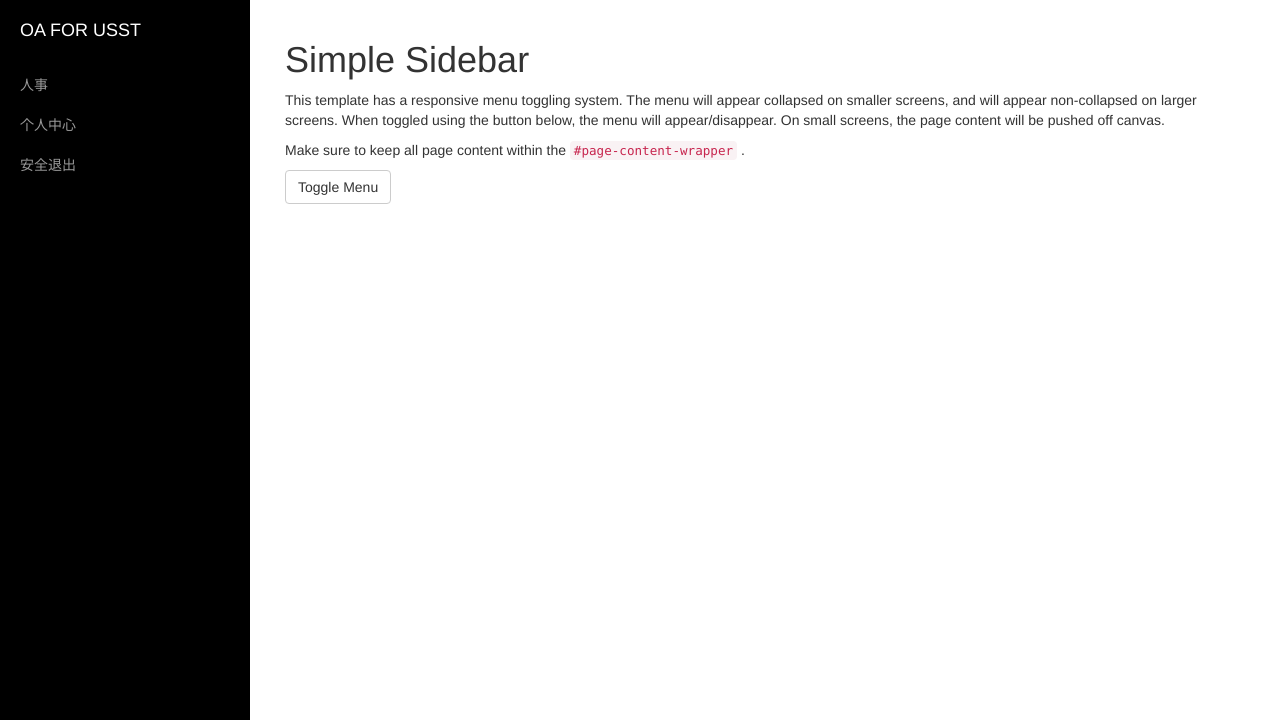
Repository: krzyty/OA_USST
Page: http://localhost/USSTOA/adminMain.jsp
These files come from the project's save history. The page is drawn as it stood at one moment and after the next save; the edit follows.
The browser window is 1280 px wide. The pictures show the whole page.
The page is served by Tomcat 9. Other server files are loaded and not shown.

Above is the page before, as saved 2017-07-05 06:55:12.

### 整合好的(不能修改)/OA_USST/USSTOA/WebContent/adminMain.jsp
<%@ page language="java" contentType="text/html; charset=UTF-8"
	pageEncoding="UTF-8"%><!DOCTYPE html>
<html lang="en">

<head>

<meta charset="utf-8">
<meta http-equiv="X-UA-Compatible" content="IE=edge">
<meta name="viewport" content="width=device-width, initial-scale=1">
<meta name="description" content="">
<meta name="author" content="">

<title>管理员主页</title>

<!-- Bootstrap Core CSS -->
<link href="css/bootstrap.min.css" rel="stylesheet">

<!-- Custom CSS -->
<link href="css/simple-sidebar.css" rel="stylesheet">

</head>

<body>

	<div id="wrapper">

		<!-- Sidebar -->
		<div id="sidebar-wrapper">
			<ul class="sidebar-nav">
				<li class="sidebar-brand"><a> OA FOR USST </a>
				</li>
				<li><a href="#">人事</a>
				</li>
				<li><a href="#">个人中心</a>
				</li>
				<li><a href="logout">安全退出</a>
				</li>
			</ul>
		</div>
		<!-- /#sidebar-wrapper -->

		<!-- Page Content -->
		<div id="page-content-wrapper">
			<div class="container-fluid">
				<div class="row">
					<div class="col-lg-12">
						<h1>Simple Sidebar</h1>
						<p>This template has a responsive menu toggling system. The
							menu will appear collapsed on smaller screens, and will appear
							non-collapsed on larger screens. When toggled using the button
							below, the menu will appear/disappear. On small screens, the page
							content will be pushed off canvas.</p>
						<p>
							Make sure to keep all page content within the
							<code>#page-content-wrapper</code>
							.
						</p>
						<a href="#menu-toggle" class="btn btn-default" id="menu-toggle">Toggle
							Menu</a>
					</div>
				</div>
			</div>
		</div>
		<!-- /#page-content-wrapper -->

	</div>
	<!-- /#wrapper -->

	<!-- jQuery -->
	<script src="js/jquery.js"></script>

	<!-- Bootstrap Core JavaScript -->
	<script src="js/bootstrap.min.js"></script>

	<!-- Menu Toggle Script -->
	<script>
		$("#menu-toggle").click(function(e) {
			e.preventDefault();
			$("#wrapper").toggleClass("toggled");
		});
	</script>

</body>

</html>

### 整合好的(不能修改)/OA_USST/USSTOA/WebContent/css/simple-sidebar.css
/*!
 * Start Bootstrap - Simple Sidebar HTML Template (http://startbootstrap.com)
 * Code licensed under the Apache License v2.0.
 * For details, see http://www.apache.org/licenses/LICENSE-2.0.
 */

/* Toggle Styles */

#wrapper {
    padding-left: 0;
    -webkit-transition: all 0.5s ease;
    -moz-transition: all 0.5s ease;
    -o-transition: all 0.5s ease;
    transition: all 0.5s ease;
}

#wrapper.toggled {
    padding-left: 250px;
}

#sidebar-wrapper {
    z-index: 1000;
    position: fixed;
    left: 250px;
    width: 0;
    height: 100%;
    margin-left: -250px;
    overflow-y: auto;
    background: #000;
    -webkit-transition: all 0.5s ease;
    -moz-transition: all 0.5s ease;
    -o-transition: all 0.5s ease;
    transition: all 0.5s ease;
}

#wrapper.toggled #sidebar-wrapper {
    width: 250px;
}

#page-content-wrapper {
    width: 100%;
    position: absolute;
    padding: 15px;
}

#wrapper.toggled #page-content-wrapper {
    position: absolute;
    margin-right: -250px;
}

/* Sidebar Styles */

.sidebar-nav {
    position: absolute;
    top: 0;
    width: 250px;
    margin: 0;
    padding: 0;
    list-style: none;
}

.sidebar-nav li {
    text-indent: 20px;
    line-height: 40px;
}

.sidebar-nav li a {
    display: block;
    text-decoration: none;
    color: #999999;
}

.sidebar-nav li a:hover {
    text-decoration: none;
    color: #fff;
    background: rgba(255,255,255,0.2);
}

.sidebar-nav li a:active,
.sidebar-nav li a:focus {
    text-decoration: none;
}

.sidebar-nav > .sidebar-brand {
    height: 65px;
    font-size: 18px;
    line-height: 60px;
}

.sidebar-nav > .sidebar-brand a {
    color: #999999;
}

.sidebar-nav > .sidebar-brand a:hover {
    color: #fff;
    background: none;
}

@media(min-width:768px) {
    #wrapper {
        padding-left: 250px;
    }

    #wrapper.toggled {
        padding-left: 0;
    }

    #sidebar-wrapper {
        width: 250px;
    }

    #wrapper.toggled #sidebar-wrapper {
        width: 0;
    }

    #page-content-wrapper {
        padding: 20px;
        position: relative;
    }

    #wrapper.toggled #page-content-wrapper {
        position: relative;
        margin-right: 0;
    }
}

Loaded but not shown: 整合好的(不能修改)/OA_USST/USSTOA/WebContent/css/bootstrap.min.css (library); 整合好的(不能修改)/OA_USST/USSTOA/WebContent/js/jquery.js (library); 整合好的(不能修改)/OA_USST/USSTOA/WebContent/js/bootstrap.min.js (library)

After the next save:
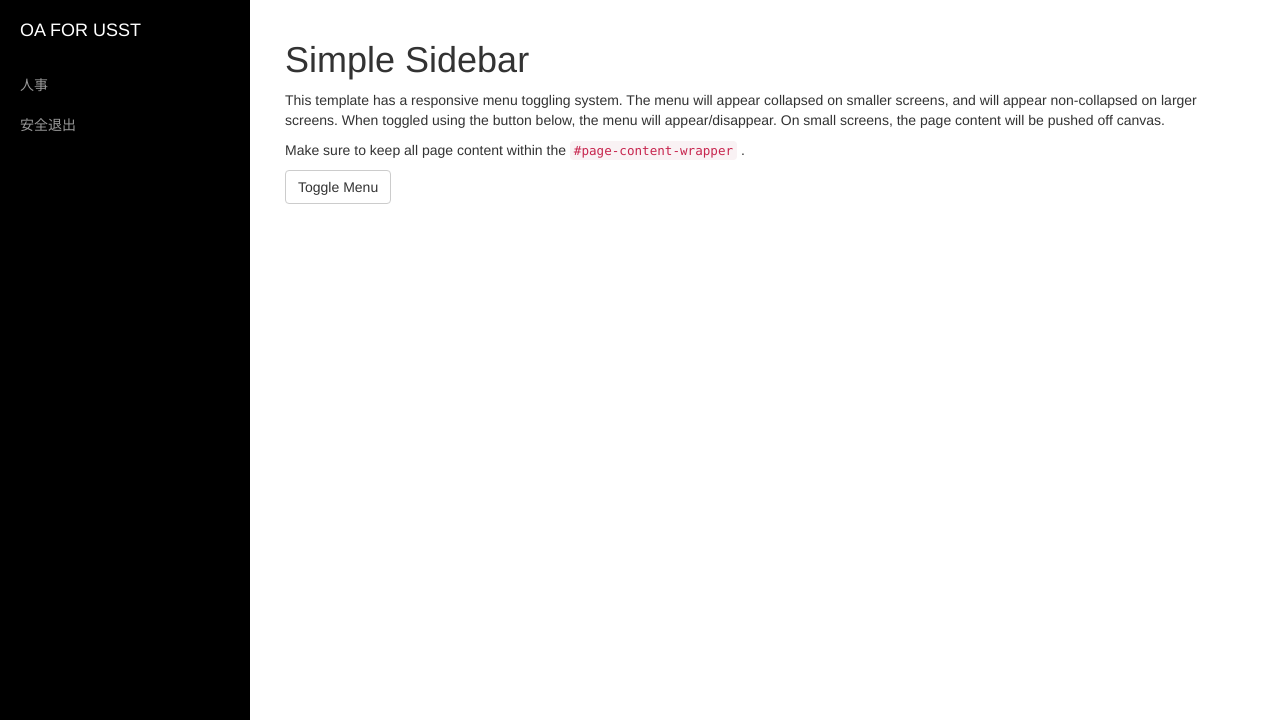
Saved 7 s later.
--- a/整合好的(不能修改)/OA_USST/USSTOA/WebContent/adminMain.jsp
+++ b/整合好的(不能修改)/OA_USST/USSTOA/WebContent/adminMain.jsp
@@ -30,8 +30,6 @@
 				<li class="sidebar-brand"><a> OA FOR USST </a>
 				</li>
 				<li><a href="#">人事</a>
-				</li>
-				<li><a href="#">个人中心</a>
 				</li>
 				<li><a href="logout">安全退出</a>
 				</li>
